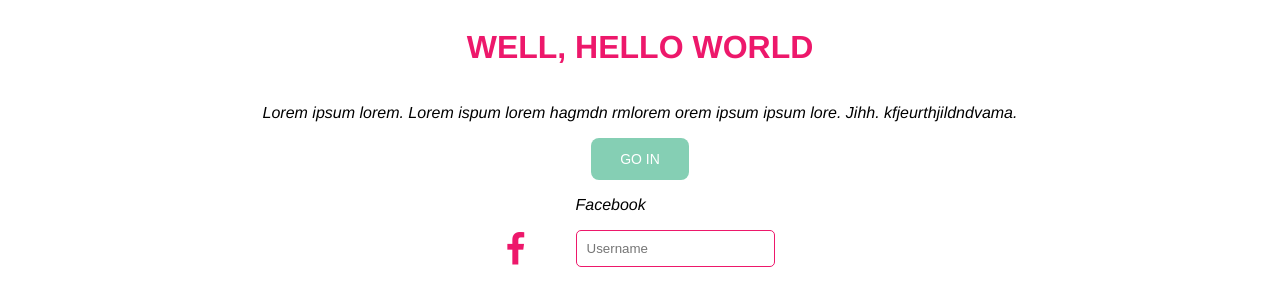
Repository: dianabit/react-app
Page: /, after clicking the first element matching `button.sc-bRKDuR`
The author's editor kept a copy of each file at every save. The page is drawn from the files as they stood at one save, then again after the next save.
The browser window is 1280 px wide. The pictures show the whole page.
Some web libraries are served in a nearby version. The project was rebuilt for these pictures with package versions that can differ from the ones it lists, and the page was loaded fresh each time. Also part of the build but not shown: webpack.config.js.

Above is the page before, as saved 2018-12-01 14:08:46.

After the next save:
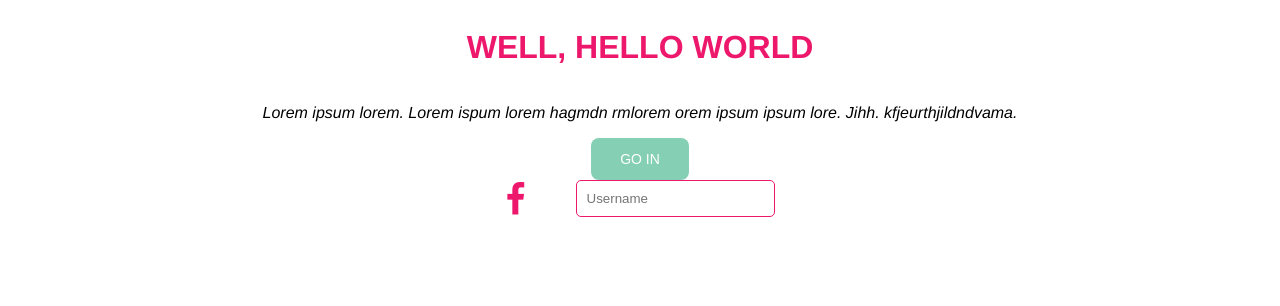
Saved 12 s later.
--- a/src/components/Form/FormInput.js
+++ b/src/components/Form/FormInput.js
@@ -36,7 +36,6 @@ function FormInput(props) {
     <FieldWrapper>
       <i class="fa fa-facebook"/>
       <Field className="mb-4">
-        <Paragraph fontStyle="italic" text="Facebook"/>
         <Input
           name="Username"
           onChange={onChange}
